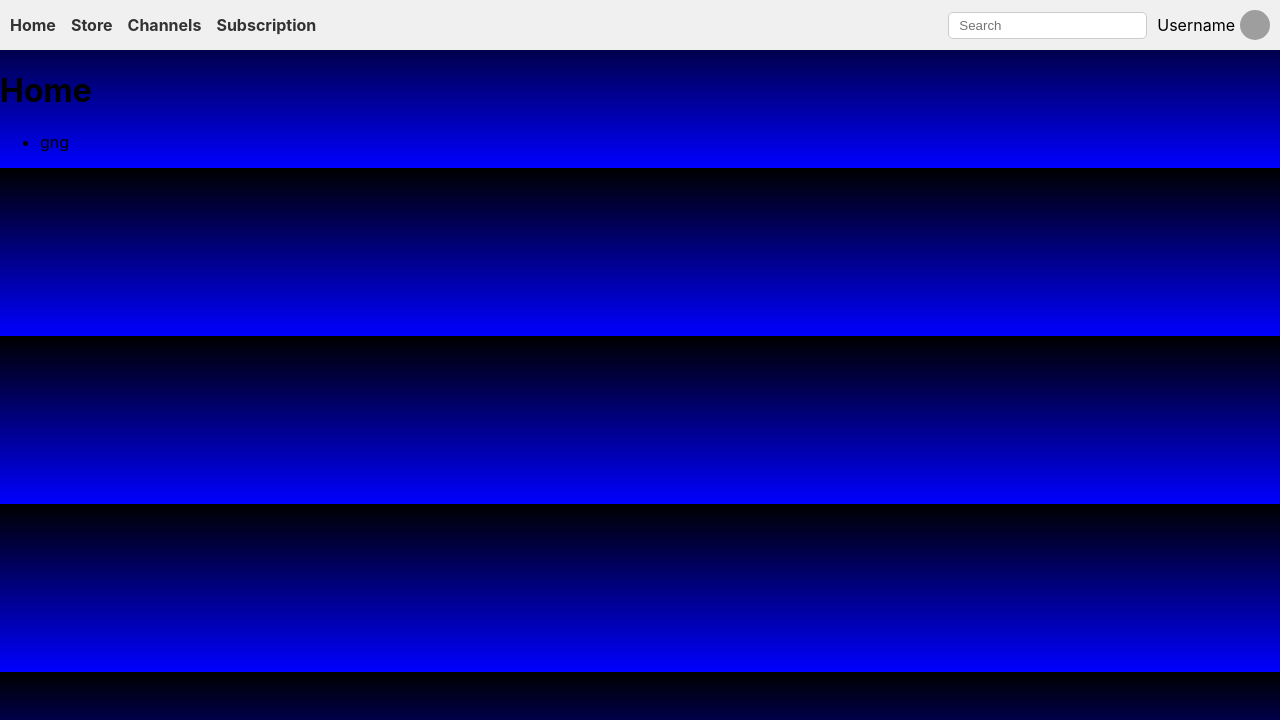
Repository: gordonnrat/group-2-project
Page: / (app in source-code/)
These files come from the project's save history. The page is drawn as it stood at one moment and after the next save; the edit follows.
The browser window is 1280 px wide. The pictures show the whole page.
Pictures or frames that could not be fetched are drawn as grey boxes. The project was rebuilt for these pictures with package versions that can differ from the ones it lists, and the page was loaded fresh each time. Also part of the build but not shown: source-code/src/App.css, source-code/src/App.js, source-code/src/components/pages/Login.js.

Above is the page before, as saved 2023-07-20 15:43:40.

### source-code/src/index.js
import React from 'react';
import ReactDOM from 'react-dom';
import './index.css';
import reportWebVitals from './reportWebVitals';
import {
  BrowserRouter as Router,
  Routes,
  Route,
  Link
} from "react-router-dom";

import App from './App';
import Home from './components/pages/Home';
import Login from './components/pages/Login';

ReactDOM.render(
  <React.StrictMode>
    <Router>
      <Routes>
        <Route path="/" element={<Home />} />
        <Route path="/login" element={<Login />} />
        {/* Add more routes here */}
        <Route path="/group-2-project" element={<Link to="/" />} />
      </Routes>
    </Router>
  </React.StrictMode>,
  document.getElementById('root')
);

// If you want to start measuring performance in your app, pass a function
// to log results (for example: reportWebVitals(console.log))
// or send to an analytics endpoint. Learn more: https://bit.ly/CRA-vitals
reportWebVitals();

### source-code/src/index.css
body {
  margin: 0;
  font-family: -apple-system, BlinkMacSystemFont, 'Segoe UI', 'Roboto', 'Oxygen',
    'Ubuntu', 'Cantarell', 'Fira Sans', 'Droid Sans', 'Helvetica Neue',
    sans-serif;
  -webkit-font-smoothing: antialiased;
  -moz-osx-font-smoothing: grayscale;
}

code {
  font-family: source-code-pro, Menlo, Monaco, Consolas, 'Courier New',
    monospace;
}

body {
  background: linear-gradient(black,blue);
}

### source-code/src/components/pages/Home.js
import Navbar from "../Navbar";

function Home() {
    return(
        <div>
            <Navbar />
            <h1>Home</h1>
            <ul>
                <li>gng</li>
            </ul>
        </div>
    )
}

export default Home

### source-code/src/components/Navbar.js
import { Link } from "react-router-dom";
import "./Navbar.css";

function Navbar() {
  return (
    <nav className="navbar">
      <ul className="left-nav">
        <li>
          <Link to="/">
            <i className="fas fa-home"></i> Home
          </Link>
        </li>
        <li>
          <Link to="/Store">
            <i className="fas fa-store"></i> Store
          </Link>
        </li>
        <li>
          <Link to="/Channels">
            <i className="fas fa-tv"></i> Channels
          </Link>
        </li>
        <li>
          <Link to="/Subscription">
            <i className="fas fa-newspaper"></i> Subscription
          </Link>
        </li>
      </ul>
      <div className="right-nav">
        <input type="text" placeholder="Search" />
        <div className="user-section">
          {/* Your user-related elements can go here */}
          <span>Username</span>
          <img src="user_avatar.png" alt="User Avatar" />
        </div>
      </div>
    </nav>
  );
}

export default Navbar;

### source-code/src/components/Navbar.css
/* Navbar.css */

.navbar {
    background-color: #f0f0f0;
    padding: 10px;
    display: flex;
    justify-content: space-between;
    align-items: center;
}

.left-nav {
    list-style-type: none;
    margin: 0;
    padding: 0;
    display: flex;
    align-items: center;
}

.left-nav li {
    margin-right: 15px;
}

.left-nav li:last-child {
    margin-right: 0;
}

.left-nav li a {
    text-decoration: none;
    color: #333;
    font-size: 16px;
    font-weight: bold;
}

.left-nav li a:hover {
    color: #555;
}

.right-nav {
    display: flex;
    align-items: center;
}

.right-nav input[type="text"] {
    padding: 5px 10px;
    border: 1px solid #ccc;
    border-radius: 5px;
    margin-right: 10px;
}

.user-section {
    display: flex;
    align-items: center;
}

.user-section span {
    margin-right: 5px;
}

.user-section img {
    width: 30px;
    height: 30px;
    border-radius: 50%;
}

Loaded but not shown: source-code/public/index.html (common file); source-code/src/reportWebVitals.js (common file)

After the next save:
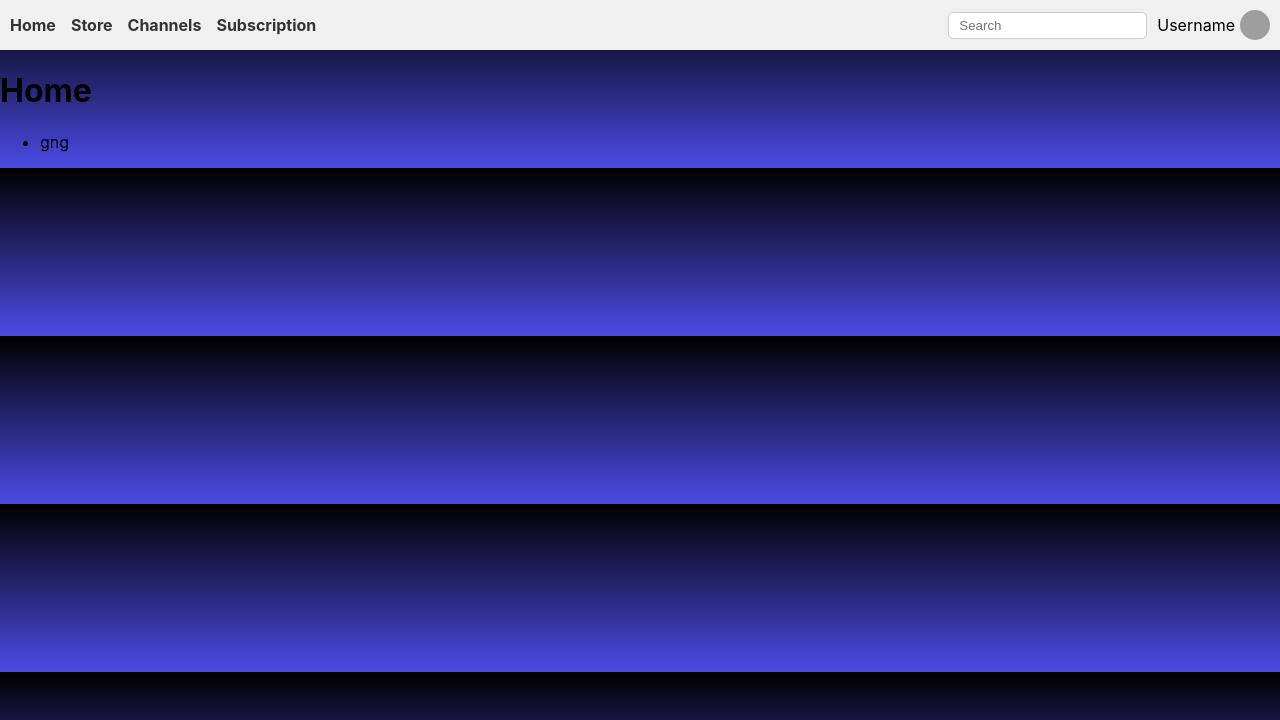
Saved 20 s later.
--- a/source-code/src/index.css
+++ b/source-code/src/index.css
@@ -13,5 +13,5 @@ code {
 }
 
 body {
-  background: linear-gradient(black,blue);
+  background: linear-gradient(black,rgb(75, 75, 230));
 }
